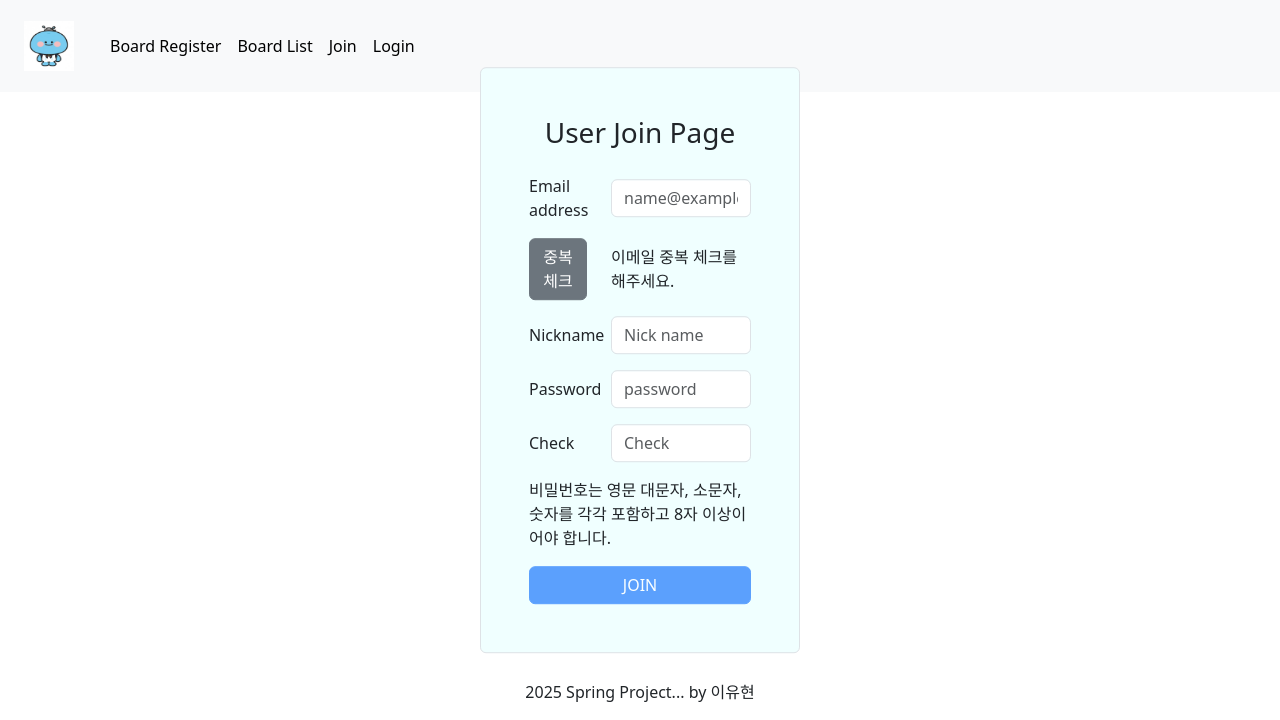
Repository: LeeYouHyeon/6.Spring
Page: http://localhost/spring_project/WEB-INF/views/user/register.jsp
The author's editor kept a copy of each file at every save. The page is drawn from the files as they stood at one save, then again after the next save.
The browser window is 1280 px wide. The pictures show the whole page.
The page is served by Tomcat 9. Nobody is signed in. The template is opened directly, without the code that normally fills it, so the values that code supplies are empty.

Above is the page before, as saved 2025-06-10 07:07:45.

After the next save:
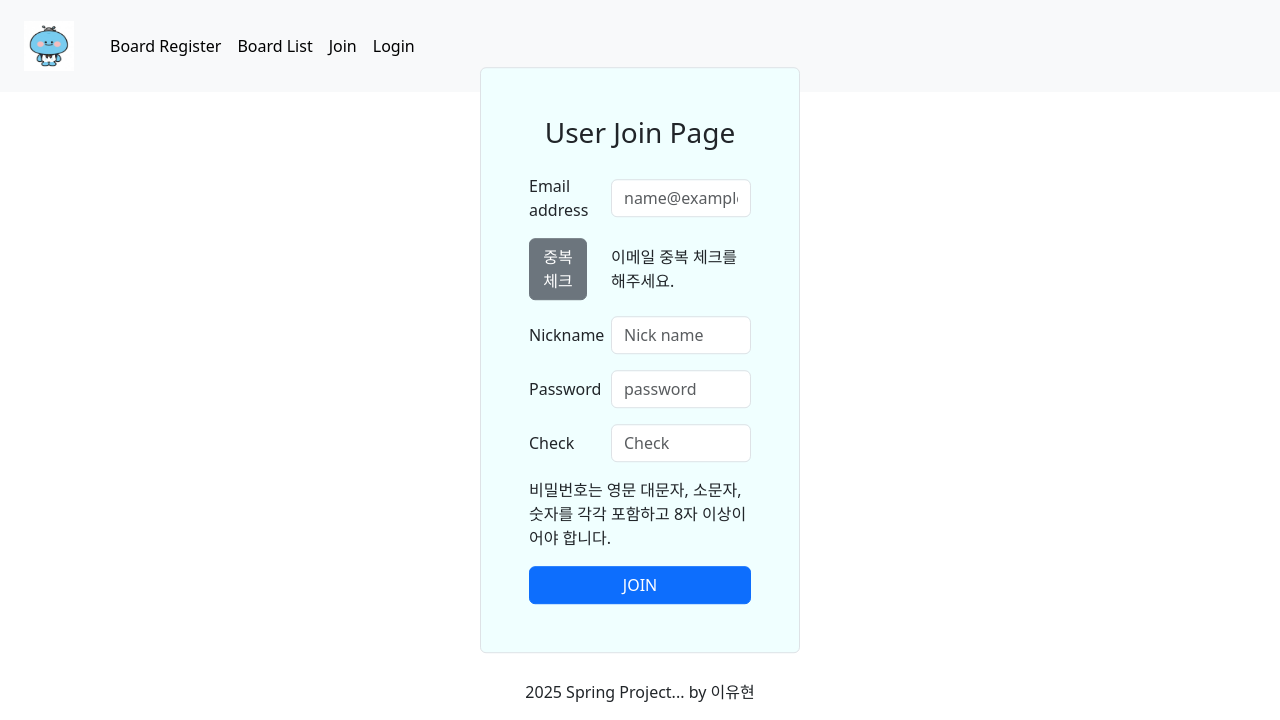
Saved 23 s later.
--- a/spring_project/src/main/webapp/WEB-INF/views/user/register.jsp
+++ b/spring_project/src/main/webapp/WEB-INF/views/user/register.jsp
@@ -57,7 +57,7 @@
 			</div>
 		</div>
 		<div class="mb-3">비밀번호는 영문 대문자, 소문자, 숫자를 각각 포함하고 8자 이상이어야 합니다.</div>
-		<button type="submit" class="btn btn-primary w-100" disabled>JOIN</button>
+		<button type="submit" class="btn btn-primary w-100">JOIN</button>
 	</form>
 </div>
 
